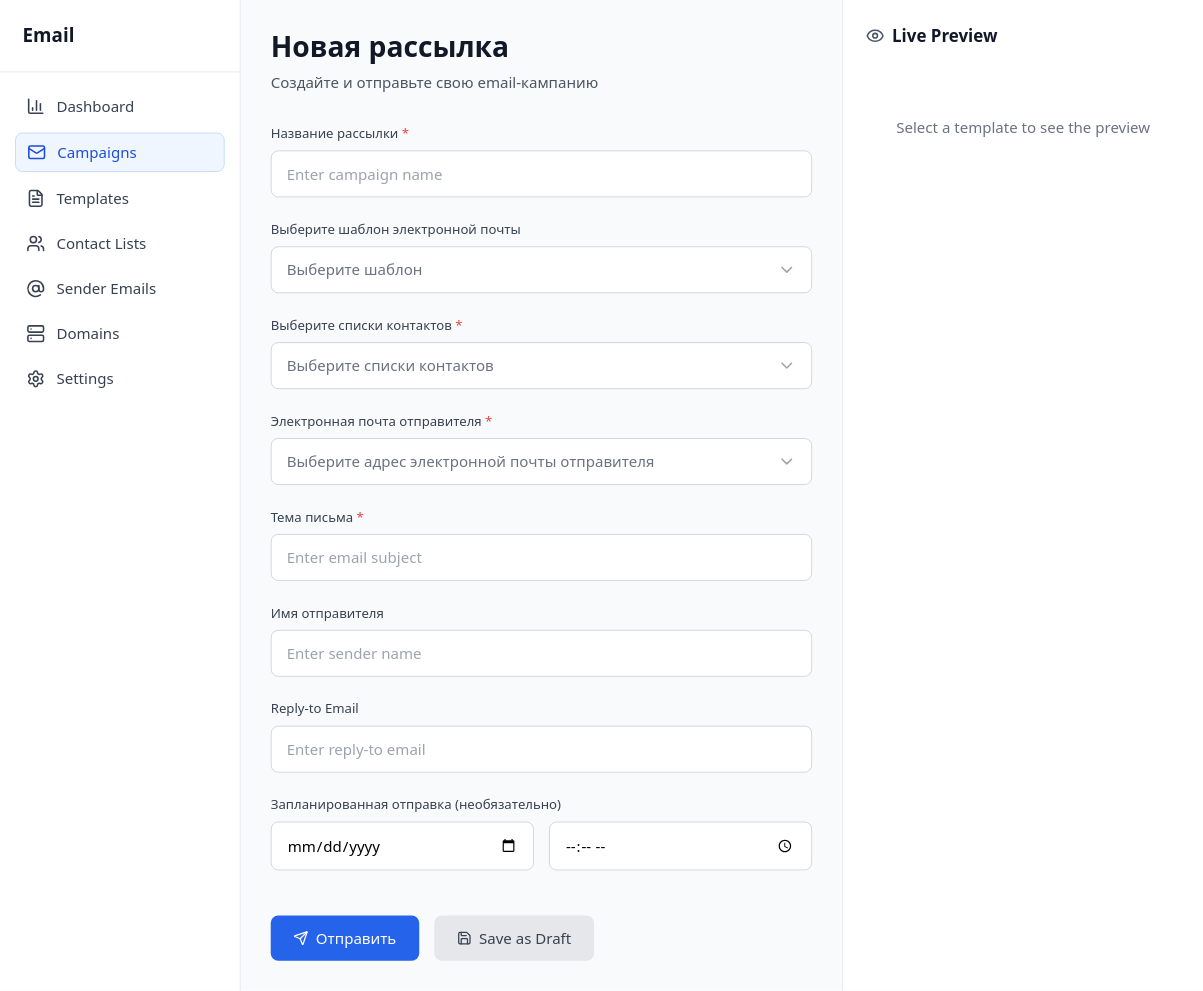
Repository: byagge/vashsender
Page: template/compain.html
An editor plug-in stored every save of this project. The page is shown before and after the next save, followed by the edit.
The browser window is 1280 px wide. The pictures show the whole page, at 94% of full size.
Some web libraries are served in a nearby version.

Above is the page before, as saved 2025-05-27 11:39:58.

After the next save:
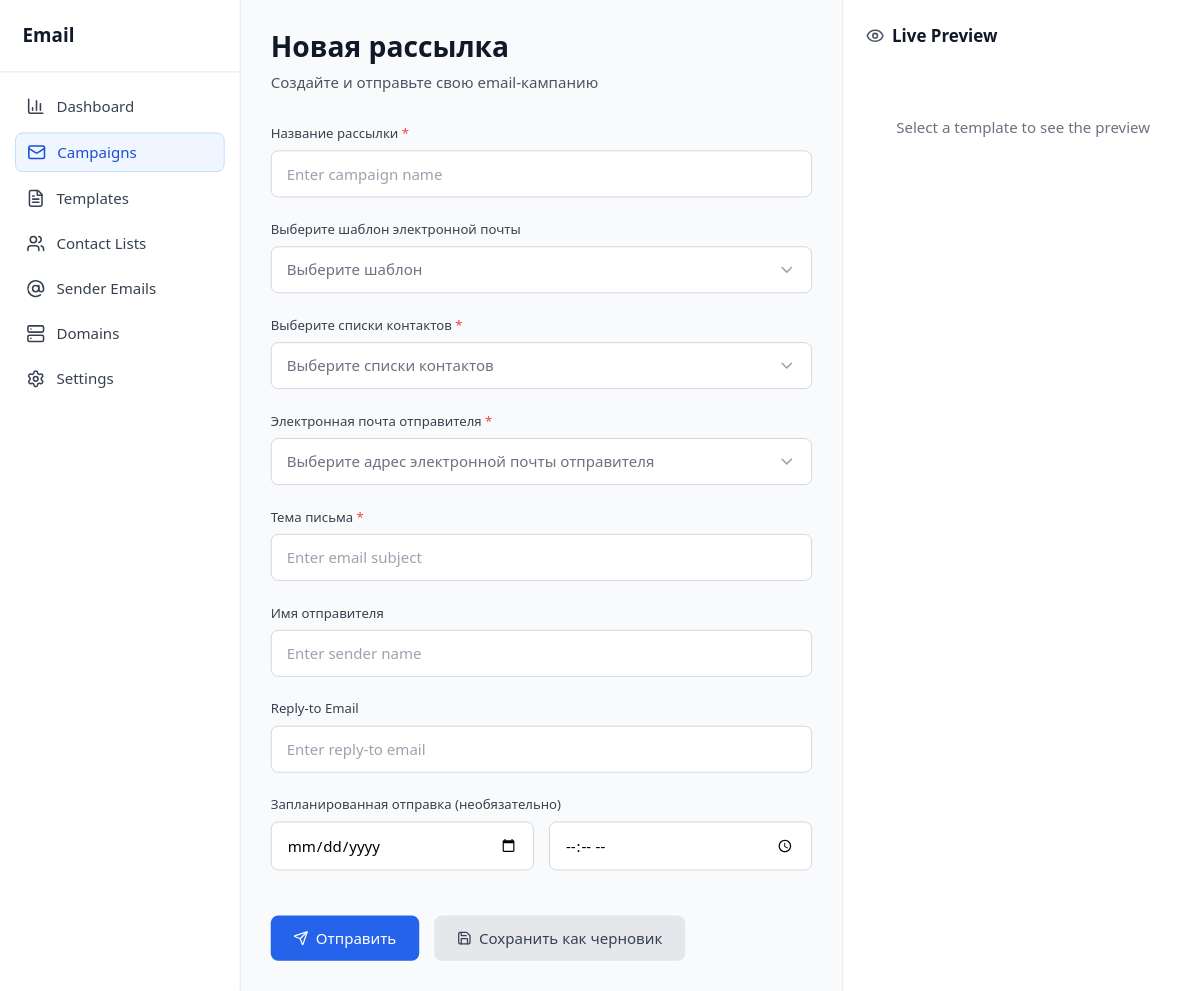
Saved 1 s later.
--- a/template/compain.html
+++ b/template/compain.html
@@ -297,7 +297,7 @@
                                 class="flex items-center space-x-2 bg-gray-200 text-gray-700 px-6 py-3 rounded-lg hover:bg-gray-300 transition-colors font-medium"
                             >
                                 <i data-lucide="save" class="w-4 h-4"></i>
-                                <span>Save as Draft</span>
+                                <span>Сохранить как черновик</span>
                             </button>
                         </div>
                     </div>
